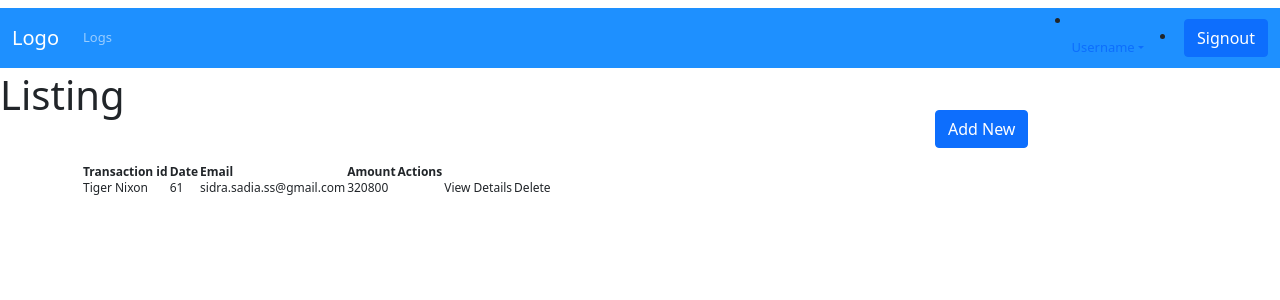
Repository: Sadia-Naveed-Shaikh/JavaScript-Website
Page: src/Listing.html
The author's editor kept a copy of each file at every save. The page is drawn from the files as they stood at one save, then again after the next save.
The browser window is 1280 px wide. The pictures show the whole page.
Some web libraries are served in a nearby version.

Above is the page before, as saved 2021-10-28 17:16:20.

After the next save:
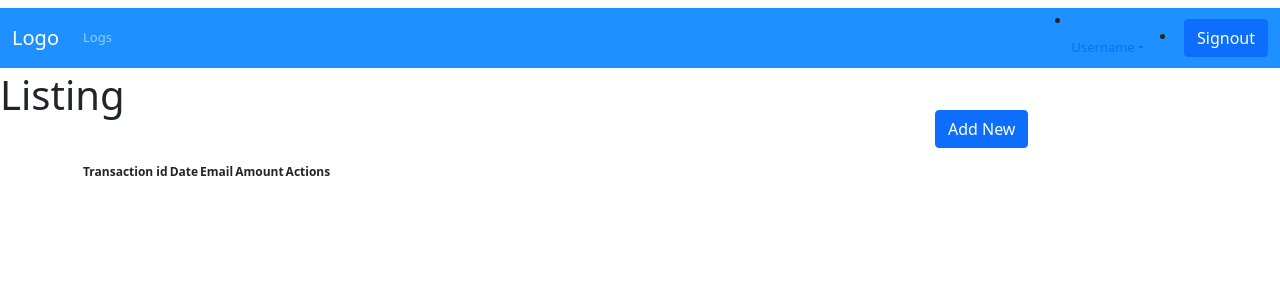
Console error: ReferenceError: i is not defined
Saved 18 s later.
--- a/src/Listing.html
+++ b/src/Listing.html
@@ -167,6 +167,7 @@
             record = xhr.responseText;
             myObj = JSON.parse(record);
             var table = document.getElementById('tableContents');
+             tableContents = '<tr><td>' + myObj[i].tran_id + '</td><td>' + myObj[i].date + '</td><td>' + myObj[i].email + '</td><td>' + myObj[i].amount + '</td><td>' + '</td><td>' + "View Details" + '</td><td>' + "Delete" + '</td></tr>';
             for (let i = 0; i < myObj.length; i++) {
                 tableContents = '<tr><td>' + myObj[i].tran_id + '</td><td>' + myObj[i].date + '</td><td>' + myObj[i].email + '</td><td>' + myObj[i].amount + '</td><td>' + '</td><td>' + "View Details" + '</td><td>' + "Delete" + '</td></tr>';
             }

After the 3 saves that followed:
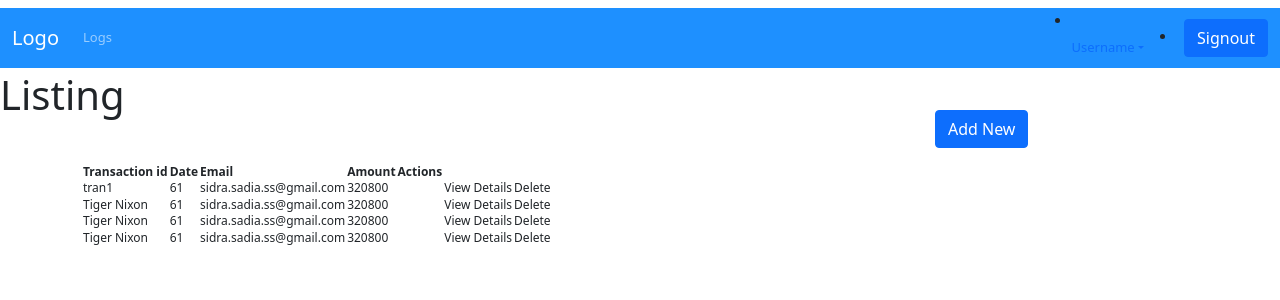
The error is gone.
The 3 saves are shown as one change because 2 left the picture as it was.
The last was saved 29 s later.
--- a/src/Listing.html
+++ b/src/Listing.html
@@ -167,9 +167,9 @@
             record = xhr.responseText;
             myObj = JSON.parse(record);
             var table = document.getElementById('tableContents');
-             tableContents = '<tr><td>' + myObj[i].tran_id + '</td><td>' + myObj[i].date + '</td><td>' + myObj[i].email + '</td><td>' + myObj[i].amount + '</td><td>' + '</td><td>' + "View Details" + '</td><td>' + "Delete" + '</td></tr>';
-            for (let i = 0; i < myObj.length; i++) {
-                tableContents = '<tr><td>' + myObj[i].tran_id + '</td><td>' + myObj[i].date + '</td><td>' + myObj[i].email + '</td><td>' + myObj[i].amount + '</td><td>' + '</td><td>' + "View Details" + '</td><td>' + "Delete" + '</td></tr>';
+             tableContents = '<tr><td>' + myObj[0].tran_id + '</td><td>' + myObj[0].date + '</td><td>' + myObj[0].email + '</td><td>' + myObj[0].amount + '</td><td>' + '</td><td>' + "View Details" + '</td><td>' + "Delete" + '</td></tr>';
+            for (let i = 1; i < myObj.length; i++) {
+                tableContents += '<tr><td>' + myObj[i].tran_id + '</td><td>' + myObj[i].date + '</td><td>' + myObj[i].email + '</td><td>' + myObj[i].amount + '</td><td>' + '</td><td>' + "View Details" + '</td><td>' + "Delete" + '</td></tr>';
             }
             table.innerHTML = tableContents;
         };
